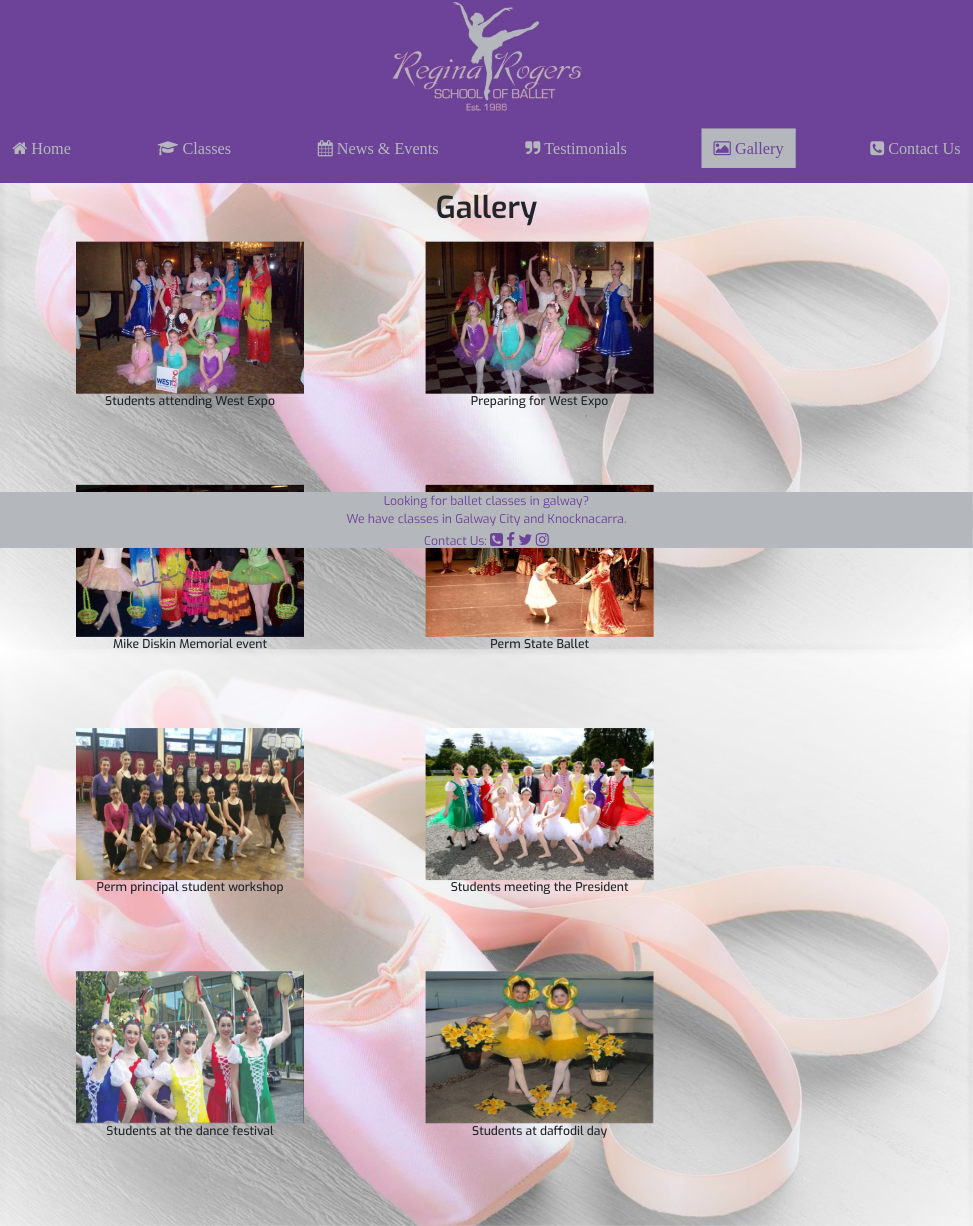
Repository: davidtmiller2010/galwayballet
Page: Gallery.html
The author's editor kept a record of every edit. The page is drawn from the files as they stood at one moment, then again after the next edit.
The browser window is 1280 px wide. The pictures show the whole page, at 76% of full size.

Above is the page before.

After the next edit:
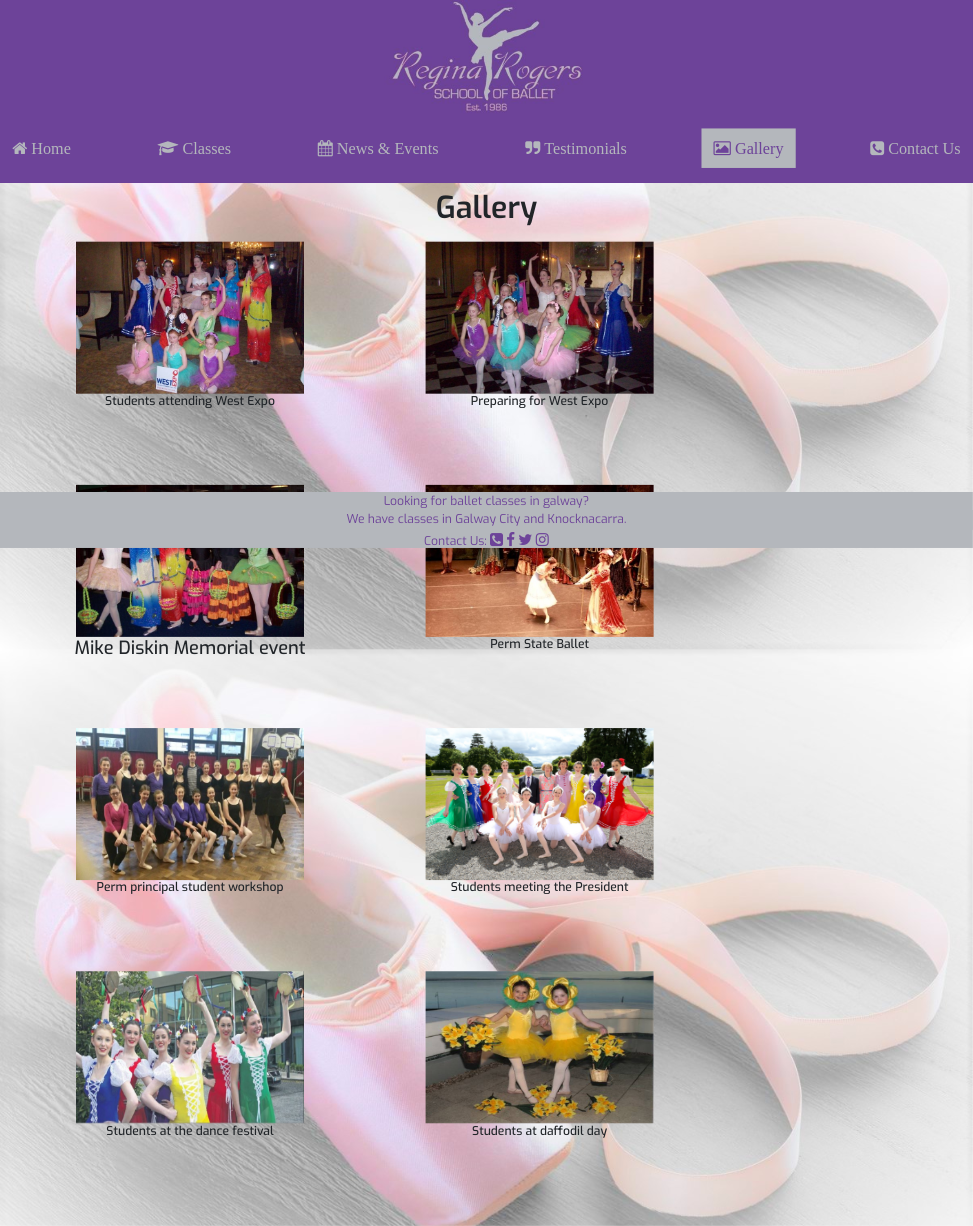
The edit:
--- a/Gallery.html
+++ b/Gallery.html
@@ -42,7 +42,7 @@
             </div>
             <div class=" gallery text-center">
                 <img src="assets/images/Mikediskin.jpg" alt="Mikediskin" width=300 height=200>
-                <h6>Mike Diskin Memorial event</h6>
+                <h4>Mike Diskin Memorial event</h6>
             </div>
             <div class=" gallery text-center">
                 <img src="assets/images/permstudentspic.jpg" alt="perm students pic" width=300 height=200>
